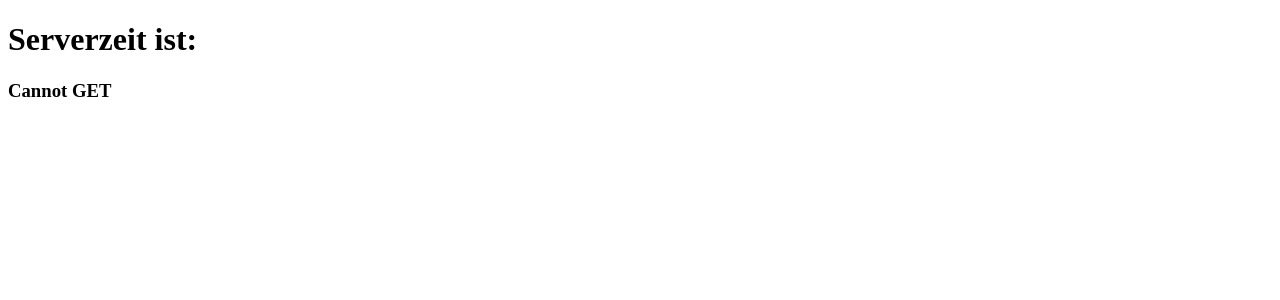
Repository: beerfekt/iprog
Page: uebungen/ue9/WebContent/Aufgabe4.html
These files come from the project's save history. The page is drawn as it stood at one moment and after the next save; the edit follows.
The browser window is 1280 px wide. The pictures show the whole page.
The page's requests for data from a server got no answer.

Above is the page before, as saved 2018-01-21 17:19:37.
Not found: uebungen/ue9/WebContent/time

### uebungen/ue9/WebContent/Aufgabe4.html
<!DOCTYPE html>
<html>
	<head>
		<meta charset="UTF-8">
		<title>Ue9 - Aufgabe 4</title>
	</head>
    <script>


        window.onload = function () {
            setInterval(showDate, 500);
        }
        //Ajax
        function showDate() {

            var output = document.getElementById("ausgabe");
            var xmlhttp = new XMLHttpRequest();

            xmlhttp.onreadystatechange = function () {
                if (xmlhttp.readyState == XMLHttpRequest.DONE) {
                    output.innerHTML = xmlhttp.responseText;
                }
            }

            xmlhttp.open("GET", "time", true); //basteln
            xmlhttp.send();                    //senden
        }
    </script>

	<body>
		<h1>Serverzeit ist:</h1>
		<h3 id="ausgabe"></h3>

		<!-- Periodische (setIntervall) Anfrage im Hintergrund (Javascript AJAX) welche vom Servlet beantwortet wird  -->
		<!--   <script src="js/ajax.js"></script> -->
	</body>
</html>

After the next save:
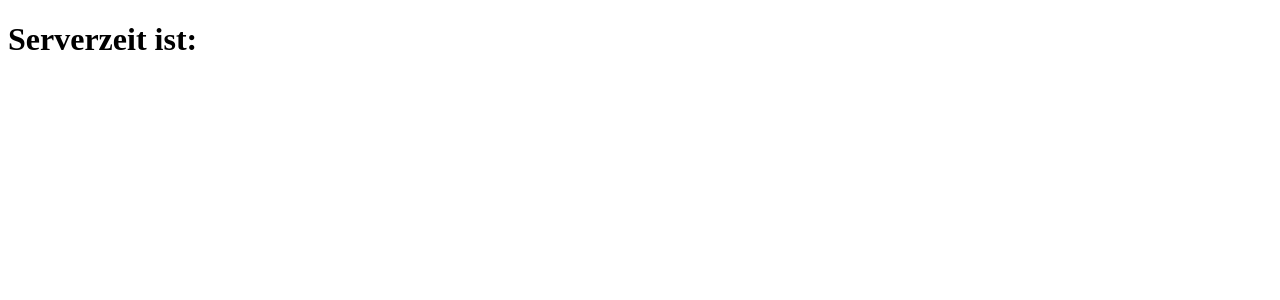
Saved 8 s later.
--- a/uebungen/ue9/WebContent/Aufgabe4.html
+++ b/uebungen/ue9/WebContent/Aufgabe4.html
@@ -22,7 +22,7 @@
                 }
             }
 
-            xmlhttp.open("GET", "time", true); //basteln
+            xmlhttp.open("GET", "Aufgabe4", true); //basteln
             xmlhttp.send();                    //senden
         }
     </script>
